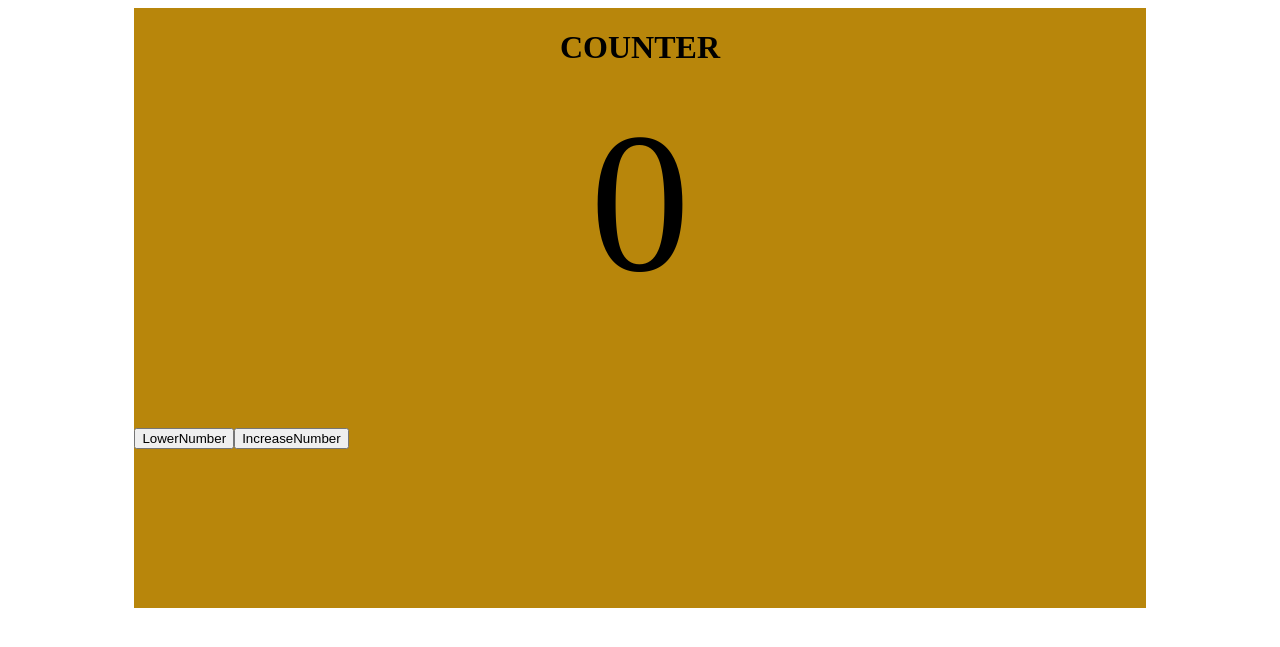
Repository: Sgalstyan06/counterNum
Page: index.html
The author's editor kept a copy of each file at every save. The page is drawn from the files as they stood at one save, then again after the next save.
The browser window is 1280 px wide. The pictures show the whole page.

Above is the page before, as saved 2022-02-14 16:58:11.

### index.html
<!DOCTYPE html>
<html lang="en">
<head>
    <meta charset="UTF-8">
    <meta http-equiv="X-UA-Compatible" content="IE=edge">
    <meta name="viewport" content="width=device-width, initial-scale=1.0">
    <title>Document</title>
    <link rel="stylesheet" href="./style.css">
</head>
<body>
    <div class="main">
        <div class="counter"><h1>COUNTER</h1></div>

        <div class="result">0</div>
        <div class="buttons">
            <button class="LowerNumber">LowerNumber</button>
            <button class="IncreaseNumber">IncreaseNumber</button>
        </div>
    </div>
    <script src="./script.js"></script>
</body>
</html>

### style.css
.main{
    width: 80%;
    height: 600px;
    margin: 0 auto;
    background-color: darkgoldenrod;
    display: flex;
    flex-direction: column;
}
.counter{
    text-align: center;
   /* padding-left: 40%; */
}

.result{

    height: 340px;
    font-size: 200px;
    text-align: center;
}


.buttons{
    display: flex;
    justify-content: s;
}

Loaded but not shown: script.js (no stored copy; drawn as an empty file)

After the next save:
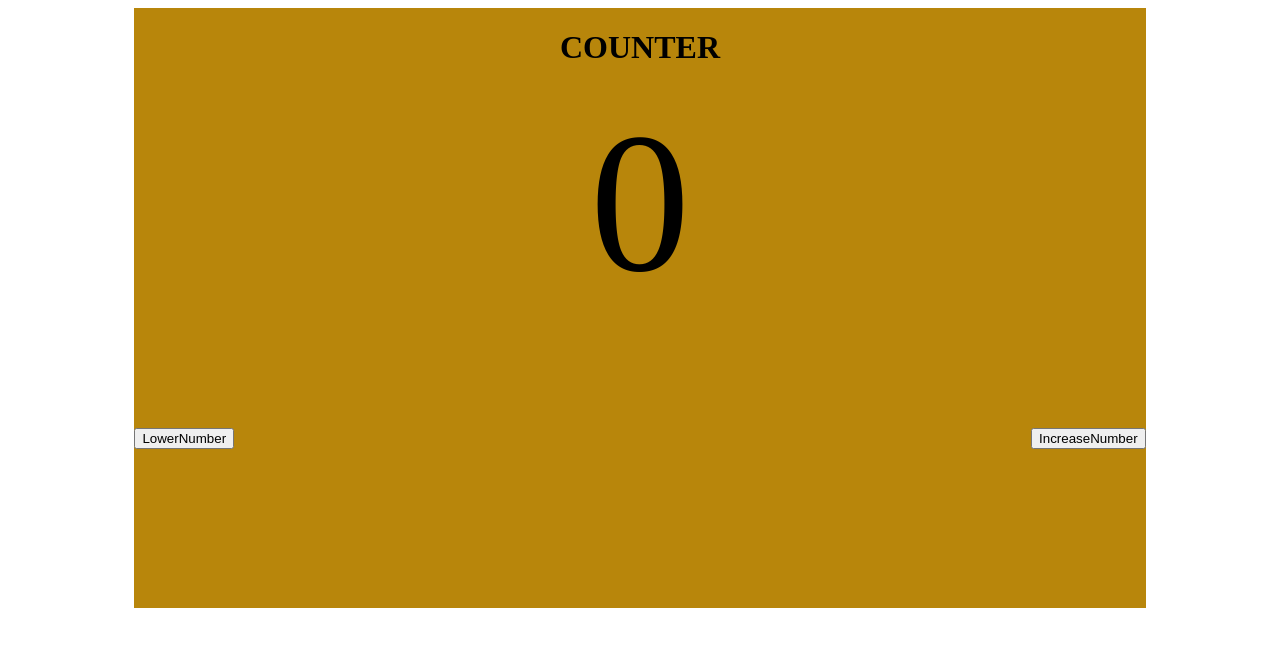
Saved 5 s later.
--- a/style.css
+++ b/style.css
@@ -21,5 +21,5 @@
 
 .buttons{
     display: flex;
-    justify-content: s;
+    justify-content: space-between;
 }

After the save that followed:
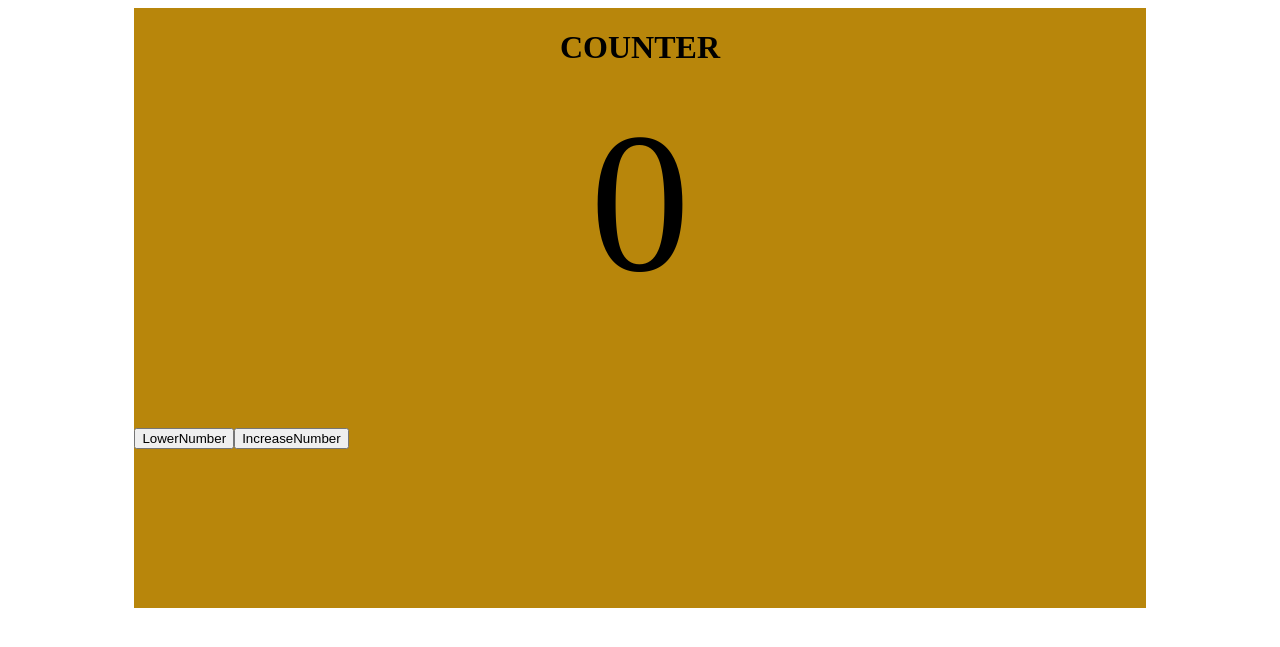
Saved 24 s later.
--- a/style.css
+++ b/style.css
@@ -21,5 +21,5 @@
 
 .buttons{
     display: flex;
-    justify-content: space-between;
+    justify-content:s
 }
